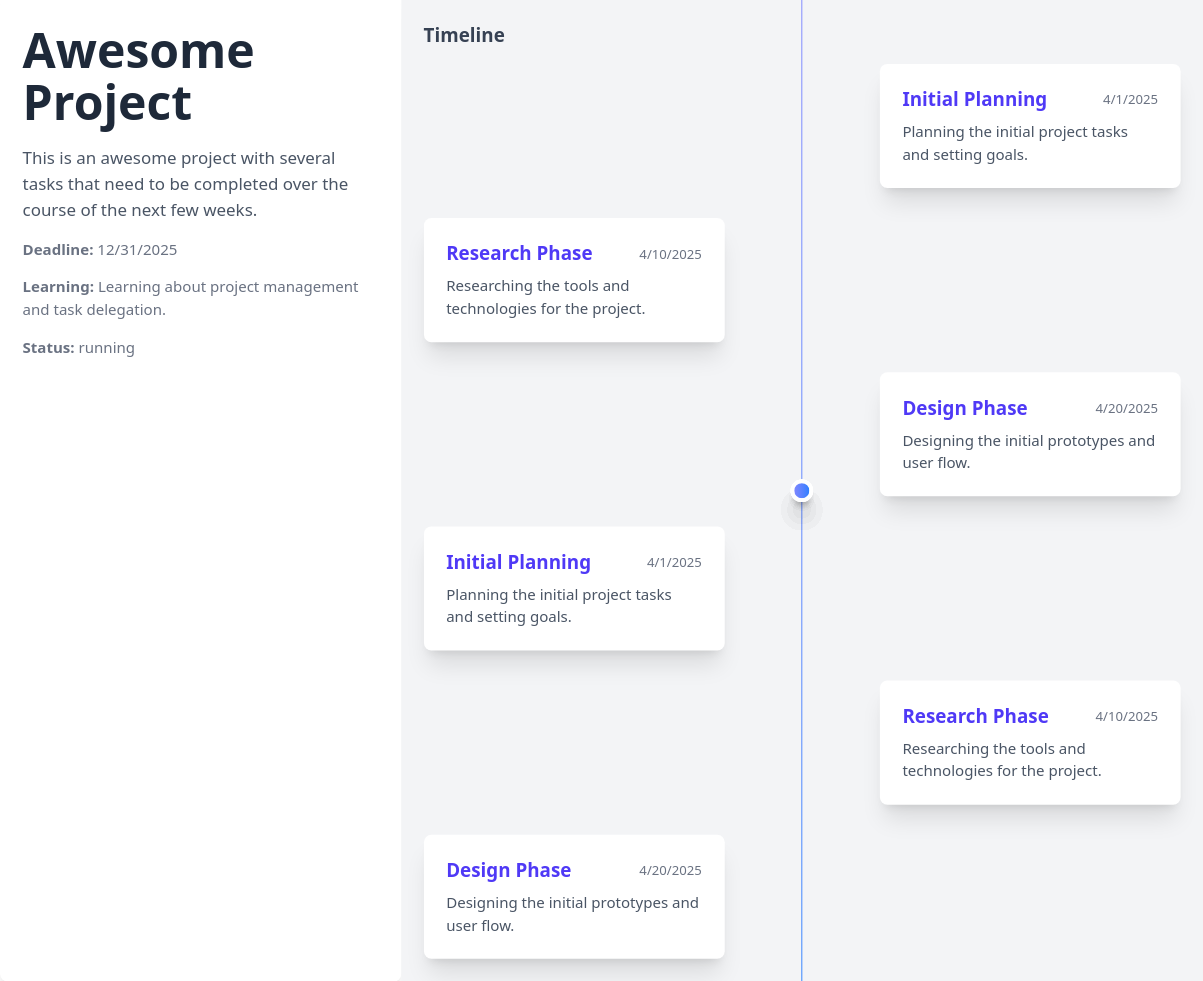
Repository: mohitagrawal0412/Workify
Page: /projectDetails (app in client/)
These files come from the project's save history. The page is drawn as it stood at one moment and after the next save; the edit follows.
The browser window is 1280 px wide. The pictures show the whole page, at 94% of full size.
The project was rebuilt for these pictures with package versions that can differ from the ones it lists, and the page was loaded fresh each time. Also part of the build but not shown: client/vite.config.js, client/src/Components/Dashboard/Dashboard.jsx, client/src/Components/Dashboard/AllProjects.jsx, client/src/Components/Dashboard/EntryDetails.jsx.

Above is the page before, as saved 2025-04-15 10:22:11.

### client/src/App.jsx
import './App.css';
import { BrowserRouter as Router, Routes, Route } from 'react-router-dom';
import Dashboard from './Components/Dashboard/Dashboard';
import AllProjects from './Components/Dashboard/AllProjects'; // adjust path as needed
import ProjectDetails from './Components/Dashboard/ProjectDetails'; // Add this import for the project details page
import EntryDetails from './Components/Dashboard/EntryDetails'; // Add this import for the entry details page

function App() {
  return (
    <Router>
      <Routes>
        {/* Route for Dashboard */}
        <Route path="/" element={<Dashboard />} />

        {/* Route for All Projects */}
        <Route path="/projects" element={<AllProjects />} />

        {/* Route for Project Details, assuming we are passing projectId */}
        <Route path="/projectDetails" element={<ProjectDetails />} />

        {/* Route for Entry Details, assuming we are passing entryId */}
        <Route path="/entryDetails" element={<EntryDetails />} />
      </Routes>
    </Router>
  );
}

export default App;

### client/src/Components/Dashboard/ProjectDetails.jsx
import React from "react";
import { useNavigate } from "react-router-dom";

const ProjectDetails = () => {
    const navigate = useNavigate(); // Initialize navigate function

    const handleEntryClick = () => {
        navigate("/entryDetails"); // Navigate to entry details page
    };

    // Static data
    const project = {
        projectName: "Awesome Project",
        description:
            "This is an awesome project with several tasks that need to be completed over the course of the next few weeks.",
        deadline: "2025-12-31",
        learning: "Learning about project management and task delegation.",
        status: "running",
        entries: [
            {
                _id: "entry1",
                title: "Initial Planning",
                description: "Planning the initial project tasks and setting goals.",
                date: "2025-04-01",
            },
            {
                _id: "entry2",
                title: "Research Phase",
                description: "Researching the tools and technologies for the project.",
                date: "2025-04-10",
            },
            {
                _id: "entry3",
                title: "Design Phase",
                description: "Designing the initial prototypes and user flow.",
                date: "2025-04-20",
            },
            {
                _id: "entry1",
                title: "Initial Planning",
                description: "Planning the initial project tasks and setting goals.",
                date: "2025-04-01",
            },
            {
                _id: "entry2",
                title: "Research Phase",
                description: "Researching the tools and technologies for the project.",
                date: "2025-04-10",
            },
            {
                _id: "entry3",
                title: "Design Phase",
                description: "Designing the initial prototypes and user flow.",
                date: "2025-04-20",
            },
        ],
    };

    return (
        <div className="min-h-screen flex">
            {/* Left Side: Project Details */}
            <div className="w-1/3 p-6 bg-white shadow-lg rounded-lg">
                <h1 className="text-3xl font-bold text-gray-800 mb-4">{project.projectName}</h1>
                <p className="text-lg text-gray-600">{project.description}</p>
                <p className="text-gray-500 mt-4">
                    <strong>Deadline:</strong> {new Date(project.deadline).toLocaleDateString()}
                </p>
                <p className="text-gray-500 mt-4">
                    <strong>Learning:</strong> {project.learning || "No learning material"}
                </p>
                <p className="text-gray-500 mt-4">
                    <strong>Status:</strong> {project.status}
                </p>
            </div>

            {/* Right Side: Timeline of Entries */}
            <div className="w-2/3 p-6 bg-gray-100 relative">
                <h2 className="text-xl font-semibold text-gray-700 mb-4">Timeline</h2>

                {/* Timeline Line */}
                <div className="absolute top-0 left-1/2 transform -translate-x-1/2 w-px h-full bg-gradient-to-b from-indigo-400 to-blue-500"></div>

                {/* Timeline Entries */}
                <div className="space-y-8">
                    {project.entries.map((entry, index) => (
                        <div
                            key={entry._id}
                            className={`flex ${index % 2 === 0 ? "flex-row-reverse" : ""} items-center transition-transform duration-300 ease-in-out`}
                            onClick={handleEntryClick}
                        >
                            {/* Entry Block */}
                            <div
                                className="p-6 bg-white shadow-xl rounded-lg cursor-pointer hover:scale-105 transform transition-all duration-300 ease-in-out w-80 relative"
                            >
                                <div className="flex justify-between items-center">
                                    <p className="text-xl font-bold text-indigo-600">{entry.title}</p>
                                    <p className="text-sm text-gray-500">
                                        {new Date(entry.date).toLocaleDateString()}
                                    </p>
                                </div>
                                <p className="text-gray-600 mt-2">{entry.description}</p>
                            </div>

                            {/* Timeline Marker */}
                            <div className="w-6 h-6 bg-gradient-to-r from-indigo-400 to-blue-500 rounded-full absolute left-1/2 transform -translate-x-1/2 top-1/2 -translate-y-1/2 shadow-xl border-4 border-white"></div>
                        </div>
                    ))}
                </div>
            </div>
        </div>
    );
};

export default ProjectDetails;

Loaded but not shown: client/index.html (common file); client/src/main.jsx (common file); client/src/index.css (common file); client/src/App.css (common file)

After the next save:
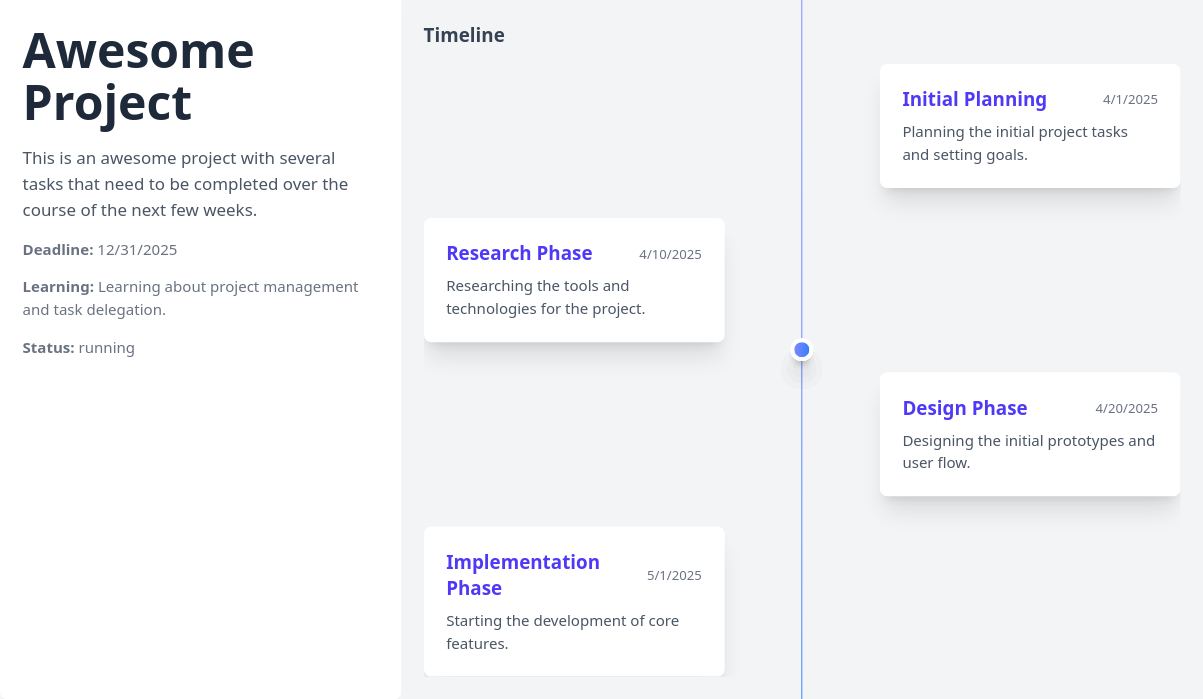
Saved 75 s later.
--- a/client/src/Components/Dashboard/ProjectDetails.jsx
+++ b/client/src/Components/Dashboard/ProjectDetails.jsx
@@ -36,22 +36,10 @@ const ProjectDetails = () => {
                 date: "2025-04-20",
             },
             {
-                _id: "entry1",
-                title: "Initial Planning",
-                description: "Planning the initial project tasks and setting goals.",
-                date: "2025-04-01",
-            },
-            {
-                _id: "entry2",
-                title: "Research Phase",
-                description: "Researching the tools and technologies for the project.",
-                date: "2025-04-10",
-            },
-            {
-                _id: "entry3",
-                title: "Design Phase",
-                description: "Designing the initial prototypes and user flow.",
-                date: "2025-04-20",
+                _id: "entry4",
+                title: "Implementation Phase",
+                description: "Starting the development of core features.",
+                date: "2025-05-01",
             },
         ],
     };
@@ -80,8 +68,8 @@ const ProjectDetails = () => {
                 {/* Timeline Line */}
                 <div className="absolute top-0 left-1/2 transform -translate-x-1/2 w-px h-full bg-gradient-to-b from-indigo-400 to-blue-500"></div>
 
-                {/* Timeline Entries */}
-                <div className="space-y-8">
+                {/* Scrollable Timeline Entries */}
+                <div className="space-y-8 overflow-y-auto max-h-screen">
                     {project.entries.map((entry, index) => (
                         <div
                             key={entry._id}
